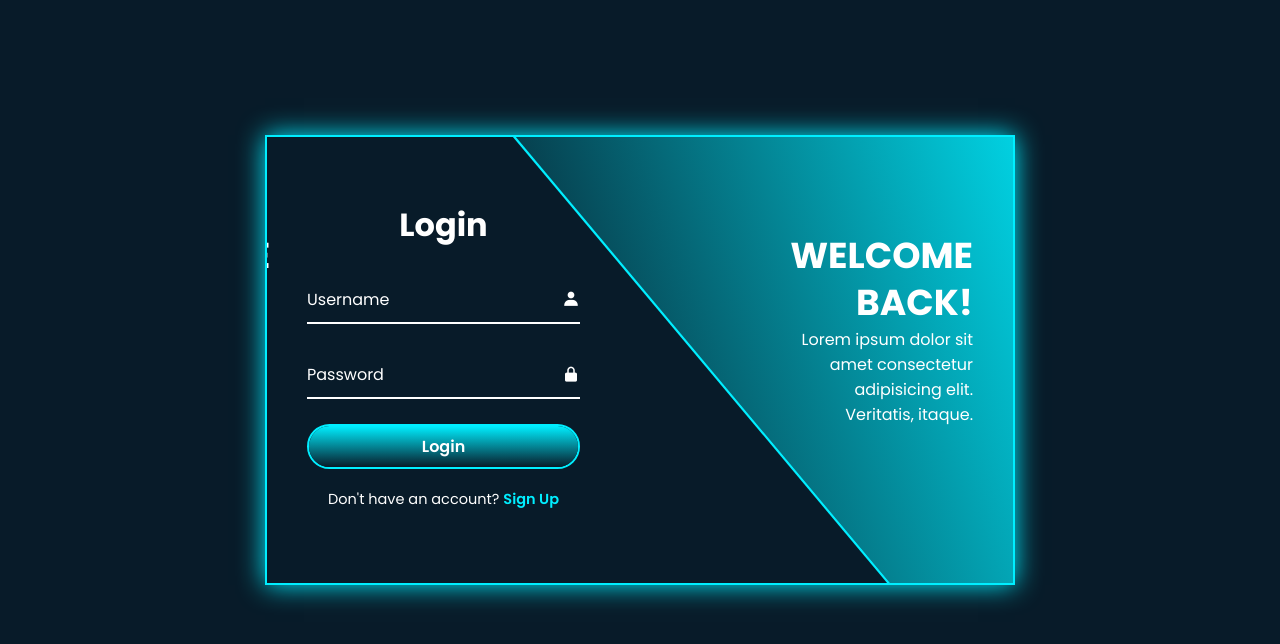
Repository: swastikjhacoder/Login-Registration-HTML
Page: index.html
These files come from the project's save history. The page is drawn as it stood at one moment and after a run of saves; the edit follows.
The browser window is 1280 px wide. The pictures show the whole page.

Above is the page before, as saved 2023-09-18 18:59:36.

After the next 2 saves:
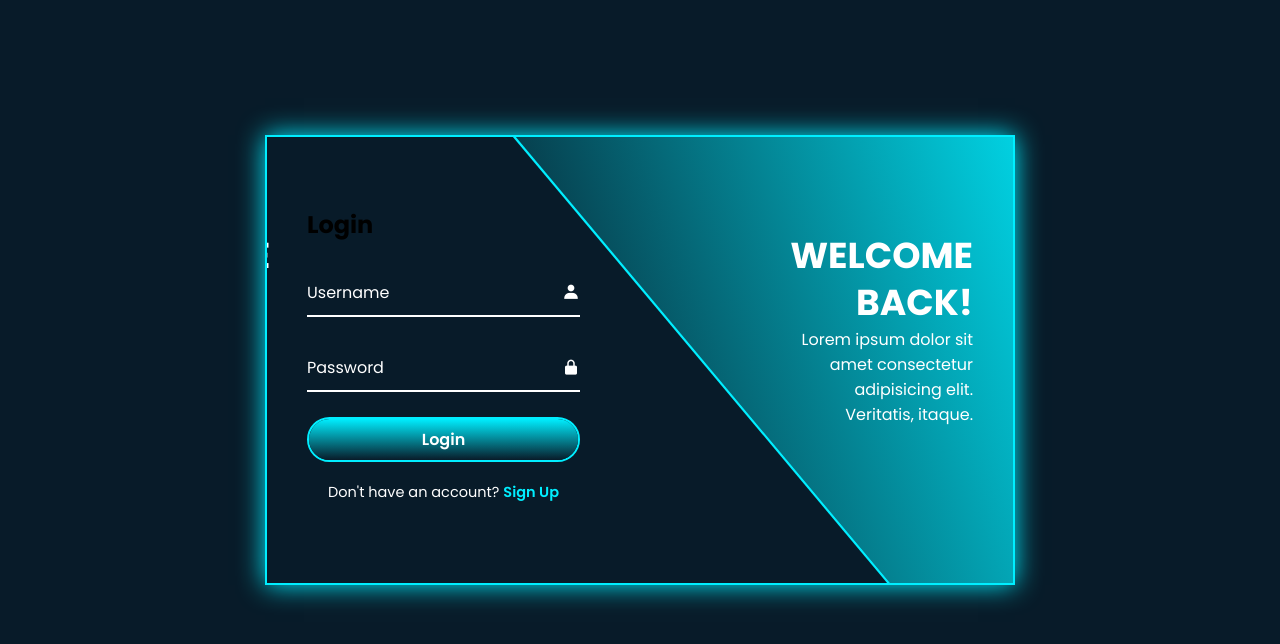
The 2 saves are shown as one change because they came seconds apart.
The last was saved 70 s later.
--- a/style.css
+++ b/style.css
@@ -62,6 +62,8 @@
 .wrapper .form-box.register .animation {
     transform: translateX(120%);
 }
+
+.wrapper .form-box.register .animation
 
 .form-box h2 {
     font-size: 32px;

After the 3 saves that followed:
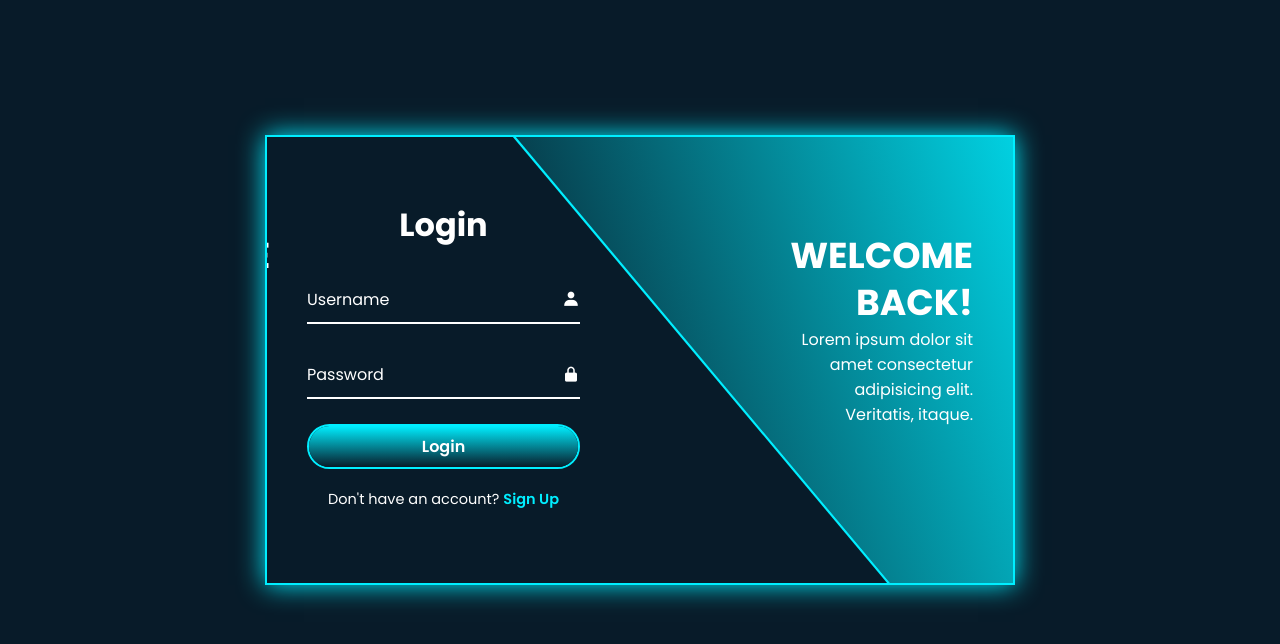
The 3 saves are shown as one change because they came seconds apart.
The last was saved 11 s later.
--- a/style.css
+++ b/style.css
@@ -63,7 +63,9 @@
     transform: translateX(120%);
 }
 
-.wrapper .form-box.register .animation
+.wrapper.active .form-box.register .animation {
+
+}
 
 .form-box h2 {
     font-size: 32px;
